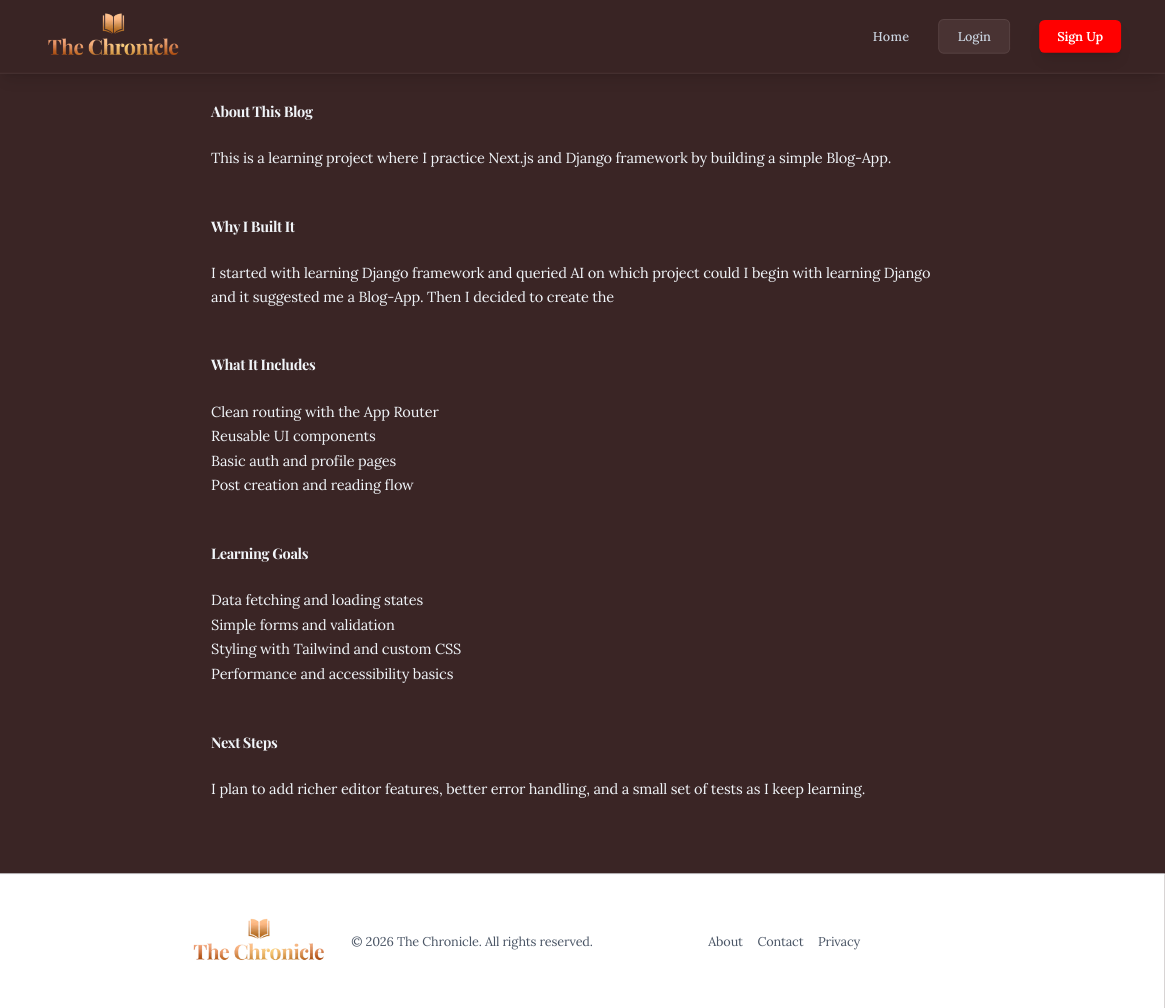
Repository: swaruplamsal/BasicBlogApp
Page: /about (app in blog-frontend/)
The author's editor kept a copy of each file at every save. The page is drawn from the files as they stood at one save, then again after the next save.
The browser window is 1280 px wide. The pictures show the whole page, at 91% of full size.
The page's requests for data from a server got no answer. The project was rebuilt for these pictures with package versions that can differ from the ones it lists, and the page was loaded fresh each time. The framework's server and built-in components were replaced by stand-ins that run in the browser. No one was signed in, and anything a server would have sent is missing. Also part of the build but not shown: blog-frontend/next.config.mjs, blog-frontend/app/components/Avatar.js.

Above is the page before, as saved 2026-02-07 20:54:16.

### blog-frontend/app/layout.js
// app/layout.js
import { Lora, Playfair_Display } from "next/font/google";
import { AuthProvider } from "./context/AuthContext";
import { generateSiteMetadata } from "../lib/metadata";
import "./globals.css";

export const metadata = generateSiteMetadata();

const lora = Lora({
  subsets: ["latin"],
  weight: ["400", "500", "600", "700"],
  variable: "--font-lora",
});

const playfair = Playfair_Display({
  subsets: ["latin"],
  weight: ["400", "500", "600", "700", "900"],
  variable: "--font-playfair",
});

export default function RootLayout({ children }) {
  return (
    <html lang="en">
      <body className={`${lora.variable} ${playfair.variable}`}>
        <AuthProvider>{children}</AuthProvider>
      </body>
    </html>
  );
}

### blog-frontend/app/about/page.js
import Navbar from "../components/Navbar";
import Footer from "../components/Footer";

const sectionStyle = {
  marginTop: "1.5rem",
};

export default function About() {
  return (
    <div className="dark:bg-sky-950">
      <Navbar />
      <main style={{ padding: "2rem", maxWidth: "880px", margin: "0 auto" }}>
        <h1>About This Blog</h1>
        <br />

        <p>
          This is a learning project where I practice Next.js and Django
          framework by building a simple Blog-App.
        </p>
        <br />
        <section style={sectionStyle}>
          <h2>Why I Built It</h2>
          <br />
          <p>
            I started with learning Django framework and queried AI on which
            project could I begin with learning Django and it suggested me a
            Blog-App. Then I decided to create the
          </p>
        </section>
        <br />

        <section style={sectionStyle}>
          <h2>What It Includes</h2>
          <br />
          <ul>
            <li>Clean routing with the App Router</li>
            <li>Reusable UI components</li>
            <li>Basic auth and profile pages</li>
            <li>Post creation and reading flow</li>
          </ul>
        </section>
        <br />

        <section style={sectionStyle}>
          <h2>Learning Goals</h2>
          <br />
          <ul>
            <li>Data fetching and loading states</li>
            <li>Simple forms and validation</li>
            <li>Styling with Tailwind and custom CSS</li>
            <li>Performance and accessibility basics</li>
          </ul>
        </section>
        <br />

        <section style={sectionStyle}>
          <h2>Next Steps</h2>
          <br />
          <p>
            I plan to add richer editor features, better error handling, and a
            small set of tests as I keep learning.
          </p>
        </section>
      </main>
      <Footer />
    </div>
  );
}

### blog-frontend/app/context/AuthContext.js
"use client";

import { createContext, useContext, useState, useEffect } from "react";
import { authApi } from "../../lib/api";

const AuthContext = createContext();

// Helper function to get initial state from localStorage
function getInitialAuth() {
  if (typeof window === "undefined") {
    return { token: null, user: null };
  }

  const savedToken = localStorage.getItem("token");
  const savedUser = localStorage.getItem("user");

  return {
    token: savedToken || null,
    user: savedUser ? JSON.parse(savedUser) : null,
  };
}

export function AuthProvider({ children }) {
  const [user, setUser] = useState(() => getInitialAuth().user);
  const [token, setToken] = useState(() => getInitialAuth().token);

  // Sync user data with backend on mount if token exists
  useEffect(() => {
    if (typeof window === "undefined" || !token) return;

    const syncUserData = async () => {
      try {
        const completeUser = await authApi.getCurrentUser();
        setUser(completeUser);
        localStorage.setItem("user", JSON.stringify(completeUser));
      } catch (error) {
        // If sync fails, user might be logged out - clear auth state
        setToken(null);
        setUser(null);
        localStorage.removeItem("token");
        localStorage.removeItem("user");
      }
    };

    syncUserData();
  }, [token]);

  const login = async (username, password) => {
    try {
      const data = await authApi.login(username, password);

      setToken(data.token);
      localStorage.setItem("token", data.token);

      // Fetch complete user data including profile
      try {
        const completeUser = await authApi.getCurrentUser();
        setUser(completeUser);
        localStorage.setItem("user", JSON.stringify(completeUser));
      } catch (profileError) {
        // Fallback to basic user data if profile fetch fails
        setUser(data.user);
        localStorage.setItem("user", JSON.stringify(data.user));
      }

      return { success: true };
    } catch (error) {
      return { success: false, error: error.message };
    }
  };

  const signup = async (username, email, password) => {
    try {
      const data = await authApi.signup(username, email, password);

      setToken(data.token);
      setUser(data.user);
      localStorage.setItem("token", data.token);
      localStorage.setItem("user", JSON.stringify(data.user));
      return { success: true };
    } catch (error) {
      return { success: false, error: error.message };
    }
  };

  const logout = () => {
    setToken(null);
    setUser(null);
    localStorage.removeItem("token");
    localStorage.removeItem("user");
  };

  const refreshUser = async () => {
    if (!token) return;

    try {
      const completeUser = await authApi.getCurrentUser();
      setUser(completeUser);
      localStorage.setItem("user", JSON.stringify(completeUser));
    } catch (error) {
      console.log("Failed to refresh user data:", error.message);
    }
  };

  return (
    <AuthContext.Provider
      value={{ user, token, login, signup, logout, refreshUser }}
    >
      {children}
    </AuthContext.Provider>
  );
}

export function useAuth() {
  return useContext(AuthContext);
}

### blog-frontend/lib/metadata.js
// Helper functions for generating metadata

export const generateSiteMetadata = () => ({
  title: {
    template: "%s | The Chronicle",
    default: "The Chronicle - Where Stories Matter",
  },
  description:
    "Discover thoughtful perspectives, compelling narratives, and insights that challenge the ordinary.",
  keywords: ["blog", "stories", "articles", "writing", "chronicle"],
  authors: [{ name: "The Chronicle Team" }],
  openGraph: {
    type: "website",
    locale: "en_US",
    siteName: "The Chronicle",
  },
  twitter: {
    card: "summary_large_image",
  },
  // Fallback favicon / site icon. Place a file at public/favicon.png (or /favicon.ico)
  icons: {
    icon: "/favicon.png",
    apple: "/favicon.png",
  },
});

export const generatePostMetadata = (post) => {
  if (!post) return {};

  return {
    title: post.title,
    description: post.content.substring(0, 160) + "...",
    keywords: post.tags?.map((tag) => tag.name) || [],
    authors: [{ name: post.author?.username || "Anonymous" }],
    openGraph: {
      title: post.title,
      description: post.content.substring(0, 160) + "...",
      type: "article",
      publishedTime: post.created_at,
      modifiedTime: post.updated_at,
      authors: [post.author?.username || "Anonymous"],
      tags: post.tags?.map((tag) => tag.name) || [],
    },
    twitter: {
      card: "summary_large_image",
      title: post.title,
      description: post.content.substring(0, 160) + "...",
    },
  };
};

### blog-frontend/app/globals.css
@import "tailwindcss";

@layer base {
  :root {
    /* Bold Editorial Theme - Color Hunt Palette */
    --background: #3a2525;
    --background-elevated: #4a3535;
    --background-hover: #5a4545;
    --foreground: #f1f5f9;
    --foreground-muted: #cbd5e1;
    --foreground-subtle: #94a3b8;

    /* Accent Colors */
    --accent: #ff0000;
    --accent-hover: #cc0000;
    --accent-light: #ff3333;
    --accent-secondary: #9e2a2a;
    --navy: #000080;
    --navy-hover: #0000a0;

    /* Borders & Dividers */
    --border: #5a4545;
    --border-light: #6a5555;

    /* Semantic Colors */
    --success: #10b981;
    --error: #ff0000;
    --warning: #ff0000;
  }

  body {
    background: var(--background);
    color: var(--foreground);
    font-family:
      var(--font-lora),
      -apple-system,
      BlinkMacSystemFont,
      "Segoe UI",
      Roboto,
      sans-serif;
    line-height: 1.7;
    -webkit-font-smoothing: antialiased;
    -moz-osx-font-smoothing: grayscale;
    letter-spacing: -0.011em;
  }

  h1,
  h2,
  h3,
  h4,
  h5,
  h6 {
    font-family: var(--font-playfair), Georgia, serif;
    font-weight: 700;
    line-height: 1.25;
    color: var(--foreground);
    letter-spacing: -0.025em;
  }
}

@layer components {
  /* Custom Scrollbar */
  ::-webkit-scrollbar {
    width: 8px;
  }

  ::-webkit-scrollbar-track {
    background: var(--background);
  }

  ::-webkit-scrollbar-thumb {
    background: var(--accent);
    border-radius: 4px;
  }

  ::-webkit-scrollbar-thumb:hover {
    background: var(--accent-hover);
  }

  /* Smooth transitions */
  * {
    transition-property:
      background-color, border-color, color, fill, stroke, transform, opacity;
    transition-timing-function: cubic-bezier(0.4, 0, 0.2, 1);
    transition-duration: 200ms;
  }

  /* Editorial Utilities */
  .editorial-gradient {
    background: linear-gradient(
      135deg,
      var(--background) 0%,
      var(--background-elevated) 100%
    );
  }

  .text-gradient {
    background: linear-gradient(135deg, #ff0000, #9e2a2a);
    -webkit-background-clip: text;
    -webkit-text-fill-color: transparent;
    background-clip: text;
  }

  .reading-progress {
    position: fixed;
    top: 0;
    left: 0;
    height: 3px;
    background: linear-gradient(90deg, #ff0000, #9e2a2a);
    z-index: 9999;
    transition: width 0.1s ease-out;
  }

  .card-hover {
    transition: all 0.3s cubic-bezier(0.4, 0, 0.2, 1);
  }

  .card-hover:hover {
    transform: translateY(-2px);
    box-shadow: 0 20px 40px -12px rgba(255, 0, 0, 0.2);
    border-color: #6a5555 !important;
  }

  /* Button Styles */
  .btn-primary {
    background-color: #ff0000;
    box-shadow: 0 10px 25px -5px rgba(255, 0, 0, 0.3);
    transition: all 0.3s ease;
  }

  .btn-primary:hover {
    background-color: #cc0000;
    box-shadow: 0 15px 30px -5px rgba(255, 0, 0, 0.4);
  }

  /* Link Styles */
  .link-red {
    color: #ff0000;
    transition: color 0.2s ease;
  }

  .link-red:hover {
    color: #ff3333;
  }

  .link-nav {
    color: #cbd5e1;
    transition: color 0.2s ease;
  }

  .link-nav:hover {
    color: #ff0000;
  }

  /* Article Title */
  .article-title {
    color: #f1f5f9;
    transition: color 0.3s ease;
  }

  .article-title:hover {
    color: #ff0000;
  }

  /* Tag Styles */
  .tag {
    color: #94a3b8;
    background-color: rgba(90, 69, 69, 0.5);
    border: 1px solid rgba(106, 85, 85, 0.5);
    transition: all 0.2s ease;
  }

  .tag:hover {
    border-color: #9e2a2a;
    color: #cbd5e1;
  }
  /* Form Styles */
  .form-input {
    background-color: rgba(90, 69, 69, 0.5);
    border: 1px solid #6a5555;
    color: #f1f5f9;
    transition: all 0.2s ease;
  }

  .form-input:focus {
    outline: none;
    border-color: #ff0000;
    background-color: rgba(90, 69, 69, 0.7);
  }

  .form-label {
    color: #cbd5e1;
  }

  .form-container {
    background-color: rgba(74, 53, 53, 0.5);
    border: 1px solid #5a4545;
  }

  .btn-secondary {
    background-color: rgba(90, 69, 69, 0.8);
    color: #cbd5e1;
    border: 1px solid #6a5555;
    transition: all 0.2s ease;
  }

  .btn-secondary:hover {
    background-color: rgba(90, 69, 69, 1);
    border-color: #7a6565;
  }

  .btn-danger {
    background-color: rgba(158, 42, 42, 0.8);
    color: #fff;
    border: 1px solid #9e2a2a;
    transition: all 0.2s ease;
  }

  .btn-danger:hover {
    background-color: #9e2a2a;
  }

  .btn-success {
    background-color: rgba(16, 185, 129, 0.8);
    color: #fff;
    transition: all 0.2s ease;
  }

  .btn-success:hover {
    background-color: rgb(16, 185, 129);
  }

  /* ========================================
   LOADING & ANIMATION STYLES
   ======================================== */

  /* Shimmer effect for skeleton loaders */
  @keyframes shimmer {
    0% {
      transform: translateX(-100%);
    }
    100% {
      transform: translateX(100%);
    }
  }

  .animate-shimmer {
    animation: shimmer 2s infinite;
  }

  /* Fade in animation */
  @keyframes fade-in {
    from {
      opacity: 0;
    }
    to {
      opacity: 1;
    }
  }

  .animate-fade-in {
    animation: fade-in 0.5s ease-out;
  }

  /* Fade in and slide up animation */
  @keyframes fade-in-up {
    from {
      opacity: 0;
      transform: translateY(20px);
    }
    to {
      opacity: 1;
      transform: translateY(0);
    }
  }

  .animate-fade-in-up {
    animation: fade-in-up 0.6s ease-out;
  }

  /* Scale in animation */
  @keyframes scale-in {
    from {
      opacity: 0;
      transform: scale(0.95);
    }
    to {
      opacity: 1;
      transform: scale(1);
    }
  }

  .animate-scale-in {
    animation: scale-in 0.4s ease-out;
  }

  /* Smooth transitions for all interactive elements */
  .transition-smooth {
    transition: all 0.3s cubic-bezier(0.4, 0, 0.2, 1);
  }
}

### blog-frontend/app/components/Navbar.js
// app/components/Navbar.js
"use client";

import dynamic from "next/dynamic";
import Link from "next/link";
import Image from "next/image";

const NavbarAuth = dynamic(() => import("./NavbarAuth"), { ssr: false });

export default function Navbar() {
  return (
    <nav
      className="sticky top-0 z-50 backdrop-blur-xl border-b shadow-lg"
      style={{
        backgroundColor: "rgba(58, 37, 37, 0.8)",
        borderColor: "rgba(90, 69, 69, 0.5)",
      }}
    >
      <div className="max-w-7xl mx-auto px-6 sm:px-8 lg:px-12">
        <div className="flex justify-between items-center h-20">
          {/* Logo */}
          <Link
            href="/"
            className="group flex items-center gap-3 hover:opacity-80 transition-opacity"
          >
            {/* Replace the inline svg with a logo image from public/images/logo.png */}
            <div>
              <Image
                src="/images/logo.png"
                alt="Editorial logo"
                width={150}
                height={150}
                className="object-cover"
                priority
              />
            </div>
          </Link>

          {/* Nav Links */}
          <div className="flex items-center gap-8">
            <Link
              href="/"
              className="link-nav font-medium text-sm tracking-wide"
            >
              Home
            </Link>
            <NavbarAuth />
          </div>
        </div>
      </div>
    </nav>
  );
}

### blog-frontend/app/components/Footer.js
import Image from "next/image";
import Link from "next/link";
import SocialLinks from "./SocialLinks";

export default function Footer() {
  return (
    <footer className="border-t mt-12 py-8 bg-white dark:bg-gray-900">
      <div className="max-w-4xl mx-auto px-4 flex flex-col md:flex-row items-center justify-between gap-4">
        <div className="flex items-center space-x-3">
          <Link href="/" className="flex items-center">
            <Image
              src="/images/logo.png"
              alt="Logo"
              width={150}
              height={150}
              className="rounded-sm"
            />
          </Link>
          <p className="text-sm text-gray-600 dark:text-gray-300 ml-4">
            © {new Date().getFullYear()} The Chronicle. All rights reserved.
          </p>
        </div>

        <nav className="flex items-center space-x-4">
          <Link
            href="/about"
            className="text-sm text-gray-600 hover:text-red-600 transition-colors duration-200 dark:text-gray-300 dark:hover:text-red-400 active:text-red-900 focus:outline-none focus-visible:ring-2 focus-visible:ring-red-300 rounded"
          >
            About
          </Link>
          <Link
            href="/contact"
            className="text-sm text-gray-600 hover:text-red-600 transition-colors duration-200 dark:text-gray-300 dark:hover:text-red-400 active:text-red-900 focus:outline-none focus-visible:ring-2 focus-visible:ring-red-300 rounded"
          >
            Contact
          </Link>
          <Link
            href="/privacy"
            className="text-sm text-gray-600 hover:text-red-600 transition-colors duration-200 dark:text-gray-300 dark:hover:text-red-400 active:text-red-900 focus:outline-none focus-visible:ring-2 focus-visible:ring-red-300 rounded"
          >
            Privacy
          </Link>
        </nav>

        <div>
          <SocialLinks />
        </div>
      </div>
    </footer>
  );
}

### blog-frontend/app/components/SocialLinks.js
"use client";

import Link from "next/link";

export default function SocialLinks({ website, twitter, github, linkedin }) {
  const links = [
    {
      name: "Website",
      value: website,
      href: website,
      icon: (
        <svg
          className="w-5 h-5"
          fill="none"
          stroke="currentColor"
          viewBox="0 0 24 24"
        >
          <path
            strokeLinecap="round"
            strokeLinejoin="round"
            strokeWidth={2}
            d="M21 12a9 9 0 01-9 9m9-9a9 9 0 00-9-9m9 9H3m9 9a9 9 0 01-9-9m9 9c1.657 0 3-4.03 3-9s-1.343-9-3-9m0 18c-1.657 0-3-4.03-3-9s1.343-9 3-9m-9 9a9 9 0 019-9"
          />
        </svg>
      ),
    },
    {
      name: "Twitter",
      value: twitter,
      href: twitter ? `https://twitter.com/${twitter}` : null,
      icon: (
        <svg className="w-5 h-5" fill="currentColor" viewBox="0 0 24 24">
          <path d="M18.244 2.25h3.308l-7.227 8.26 8.502 11.24H16.17l-5.214-6.817L4.99 21.75H1.68l7.73-8.835L1.254 2.25H8.08l4.713 6.231zm-1.161 17.52h1.833L7.084 4.126H5.117z" />
        </svg>
      ),
    },
    {
      name: "GitHub",
      value: github,
      href: github ? `https://github.com/${github}` : null,
      icon: (
        <svg className="w-5 h-5" fill="currentColor" viewBox="0 0 24 24">
          <path
            fillRule="evenodd"
            d="M12 2C6.477 2 2 6.484 2 12.017c0 4.425 2.865 8.18 6.839 9.504.5.092.682-.217.682-.483 0-.237-.008-.868-.013-1.703-2.782.605-3.369-1.343-3.369-1.343-.454-1.158-1.11-1.466-1.11-1.466-.908-.62.069-.608.069-.608 1.003.07 1.531 1.032 1.531 1.032.892 1.53 2.341 1.088 2.91.832.092-.647.35-1.088.636-1.338-2.22-.253-4.555-1.113-4.555-4.951 0-1.093.39-1.988 1.029-2.688-.103-.253-.446-1.272.098-2.65 0 0 .84-.27 2.75 1.026A9.564 9.564 0 0112 6.844c.85.004 1.705.115 2.504.337 1.909-1.296 2.747-1.027 2.747-1.027.546 1.379.202 2.398.1 2.651.64.7 1.028 1.595 1.028 2.688 0 3.848-2.339 4.695-4.566 4.943.359.309.678.92.678 1.855 0 1.338-.012 2.419-.012 2.747 0 .268.18.58.688.482A10.019 10.019 0 0022 12.017C22 6.484 17.522 2 12 2z"
            clipRule="evenodd"
          />
        </svg>
      ),
    },
    {
      name: "LinkedIn",
      value: linkedin,
      href: linkedin ? `https://linkedin.com/in/${linkedin}` : null,
      icon: (
        <svg className="w-5 h-5" fill="currentColor" viewBox="0 0 24 24">
          <path d="M20.447 20.452h-3.554v-5.569c0-1.328-.027-3.037-1.852-3.037-1.853 0-2.136 1.445-2.136 2.939v5.667H9.351V9h3.414v1.561h.046c.477-.9 1.637-1.85 3.37-1.85 3.601 0 4.267 2.37 4.267 5.455v6.286zM5.337 7.433c-1.144 0-2.063-.926-2.063-2.065 0-1.138.92-2.063 2.063-2.063 1.14 0 2.064.925 2.064 2.063 0 1.139-.925 2.065-2.064 2.065zm1.782 13.019H3.555V9h3.564v11.452zM22.225 0H1.771C.792 0 0 .774 0 1.729v20.542C0 23.227.792 24 1.771 24h20.451C23.2 24 24 23.227 24 22.271V1.729C24 .774 23.2 0 22.222 0h.003z" />
        </svg>
      ),
    },
  ];

  const activeLinks = links.filter((link) => link.value);

  if (activeLinks.length === 0) {
    return null;
  }

  return (
    <div className="flex flex-wrap gap-3">
      {activeLinks.map((link) => (
        <a
          key={link.name}
          href={link.href}
          target="_blank"
          rel="noopener noreferrer"
          className="flex items-center gap-2 px-4 py-2 bg-slate-800/50 rounded-lg border border-slate-700/50 hover:border-red-600/50 hover:bg-slate-800 transition-all text-slate-400 hover:text-red-400"
          title={link.name}
        >
          {link.icon}
          <span className="text-sm">{link.name}</span>
        </a>
      ))}
    </div>
  );
}

Loaded but not shown: blog-frontend/lib/api.js (library); blog-frontend/app/components/NavbarAuth.js (180 lines, source omitted)

After the next save:
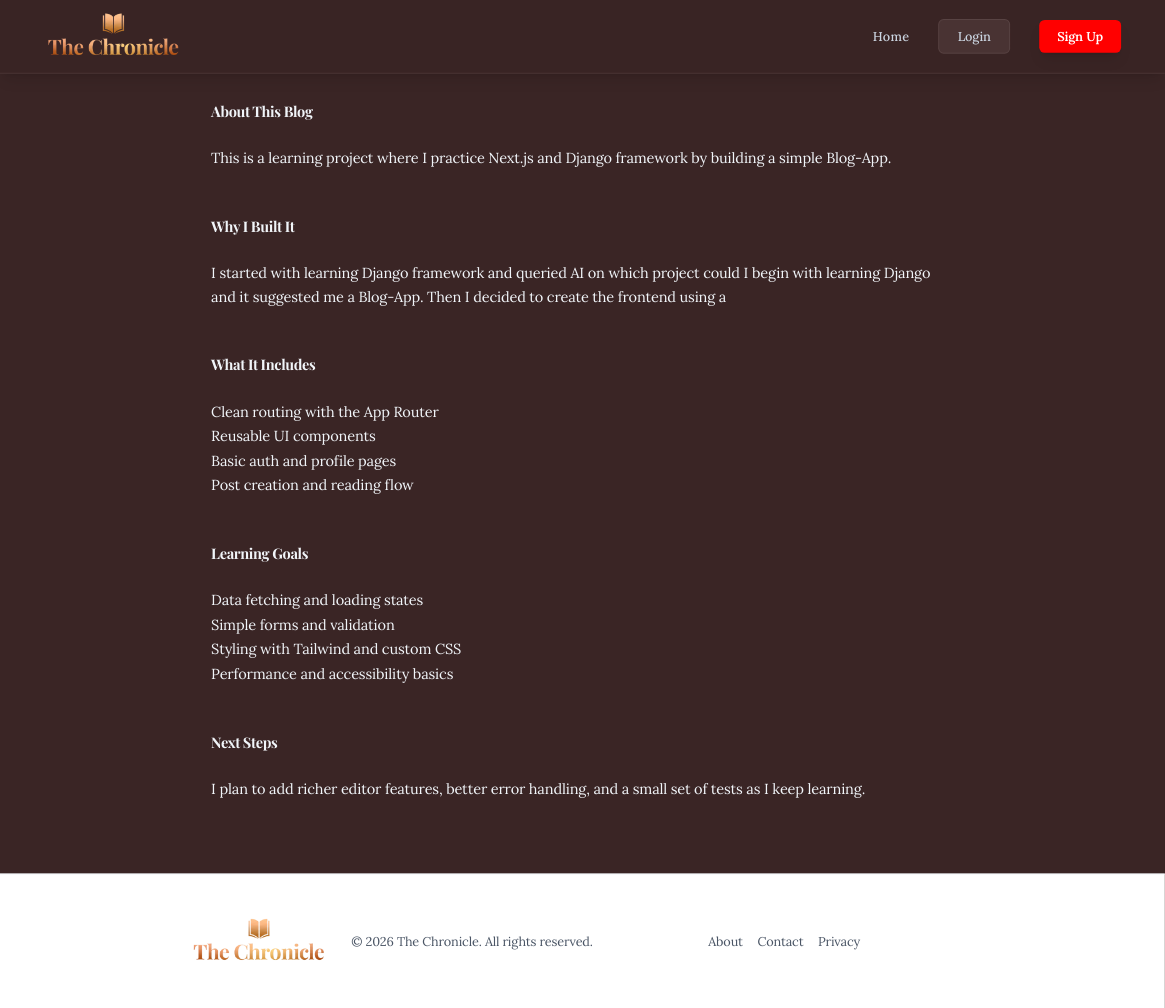
Saved 7 s later.
--- a/blog-frontend/app/about/page.js
+++ b/blog-frontend/app/about/page.js
@@ -24,7 +24,7 @@
           <p>
             I started with learning Django framework and queried AI on which
             project could I begin with learning Django and it suggested me a
-            Blog-App. Then I decided to create the
+            Blog-App. Then I decided to create the frontend using a
           </p>
         </section>
         <br />
